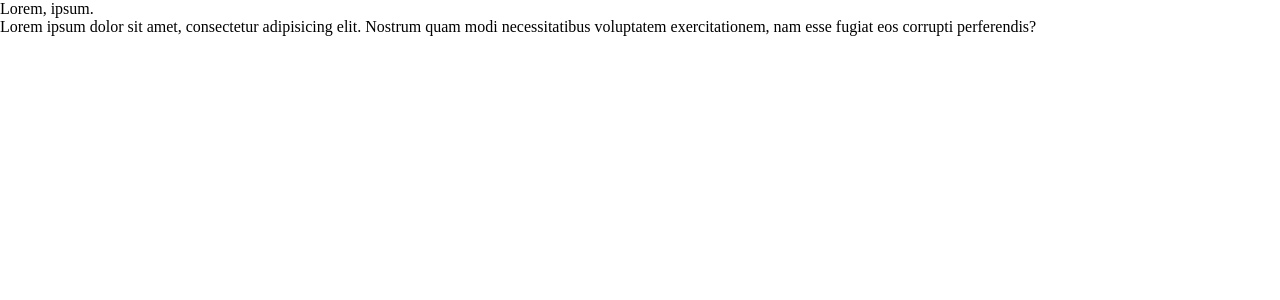
Repository: AytacSafarova/task-111
Page: index.html
The author's editor kept a copy of each file at every save. The page is drawn from the files as they stood at one save, then again after the next save.
The browser window is 1280 px wide. The pictures show the whole page.

Above is the page before, as saved 2023-09-30 17:43:01.

### index.html
<!DOCTYPE html>
<html lang="en">
<head>
  <meta charset="UTF-8">
  <meta name="viewport" content="width=device-width, initial-scale=1.0">
  <title>Document</title>
</head>
<body>
  <style>
    *{
      margin: 0;
    }
  </style>
  <p>Lorem, ipsum.</p>
  <div>
    Lorem ipsum dolor sit amet, consectetur adipisicing elit. Nostrum quam modi necessitatibus voluptatem exercitationem, nam esse fugiat eos corrupti perferendis?
  </div>
</body>
</html>

After the next save:
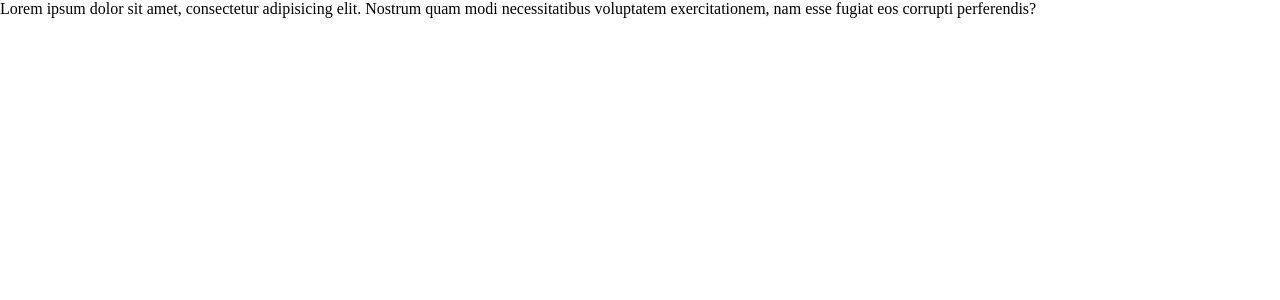
Saved 33 s later.
--- a/index.html
+++ b/index.html
@@ -11,7 +11,6 @@
       margin: 0;
     }
   </style>
-  <p>Lorem, ipsum.</p>
   <div>
     Lorem ipsum dolor sit amet, consectetur adipisicing elit. Nostrum quam modi necessitatibus voluptatem exercitationem, nam esse fugiat eos corrupti perferendis?
   </div>
